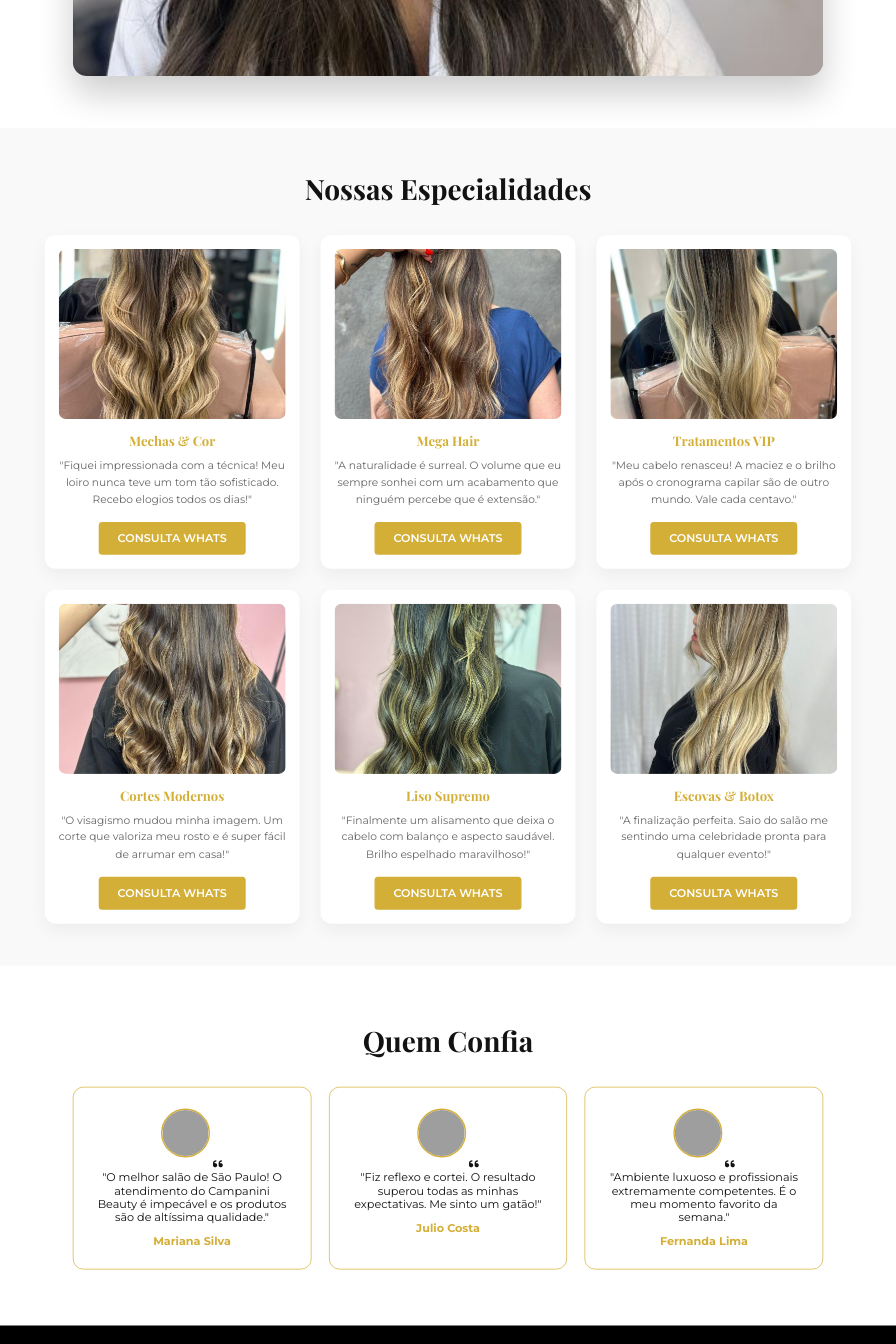
Repository: Sandro1969-tech/campanini-beauty
Page: index.html
These files come from the project's save history. The page is drawn as it stood at one moment and after the next save; the edit follows.
The browser window is 1280 px wide. The pictures show the part of the page from y = 761 to 2681 px (the page is 3157 px tall before and 3153 px after), at 70% of full size.
Pictures or frames that could not be fetched are drawn as grey boxes. Some web fonts or font styles are not loaded; a fallback is used.

Above is the page before, as saved 2026-02-17 12:25:06.

### index.html
<!DOCTYPE html>
<html lang="pt-br">
<head>
    <meta charset="UTF-8">
    <meta name="viewport" content="width=device-width, initial-scale=1.0">
    <title>Campanini Beauty | Transformação e Brilho</title>
    <link rel="icon" href="assets/image/favicon.png" type="image/png">

    <link href="https://fonts.googleapis.com/css2?family=Montserrat:wght@300;400;600;700&family=Playfair+Display:ital,wght@0,700;1,700&display=swap" rel="stylesheet">
    <link rel="stylesheet" href="https://cdnjs.cloudflare.com/ajax/libs/font-awesome/6.0.0/css/all.min.css">

    <style>
        :root {
            --primary: #d4af37; /* Dourado */
            --dark: #121212;
            --light: #ffffff;
            --gray-bg: #f9f9f9;
            --text-muted: #666;
            --transition: 0.4s cubic-bezier(0.4, 0, 0.2, 1);
        }

        .dark-mode {
            --light: #121212;
            --dark: #ffffff;
            --gray-bg: #1e1e1e;
            --text-muted: #aaa;
        }

        * { margin: 0; padding: 0; box-sizing: border-box; font-family: 'Montserrat', sans-serif; }
        body { background-color: var(--light); color: var(--dark); transition: background var(--transition), color var(--transition); overflow-x: hidden; }

        /* --- Header --- */
        header {
            padding: 15px 5%;
            display: flex;
            justify-content: space-between;
            align-items: center;
            position: sticky;
            top: 0;
            background: var(--light);
            z-index: 1000;
            box-shadow: 0 4px 20px rgba(0,0,0,0.08);
        }

        .logo img { height: 50px; transition: transform 0.3s; }
        .logo img:hover { transform: scale(1.05); }

        .theme-toggle {
            cursor: pointer;
            font-size: 1.4rem;
            color: var(--primary);
            background: var(--gray-bg);
            padding: 10px;
            border-radius: 50%;
            width: 45px;
            height: 45px;
            display: flex;
            align-items: center;
            justify-content: center;
        }

        /* --- Hero Section --- */
        .hero {
            text-align: center;
            padding: 40px 5%;
            max-width: 1200px;
            margin: 0 auto;
        }

        .pulsing-title {
            font-family: 'Playfair Display', serif;
            font-size: clamp(2.5rem, 8vw, 4.5rem);
            margin-bottom: 20px;
            color: var(--primary);
            animation: pulse 2.5s infinite ease-in-out;
            text-transform: uppercase;
            letter-spacing: 2px;
        }
/* CORREÇÃO AQUI: Imagem principal sem altura fixa para não cortar */
    .main-img {
        width: 100%;
        min-height: 400px;
        height: auto; /* Deixa a foto na proporção real */
        max-height: 80vh; /* Impede que fique minigigante em telas enormes */
        object-fit: cover;
        object-position: center; /* Garante que a foto apareça inteira */
        border-radius: 20px;
        margin: 30px 0;
        display: ;
        box-shadow: 0 25px 50px rgba(0,0,0,0.2);
    }

    /* --- Services Grid (Ajuste da Qualidade) --- */
    .services-container { padding: 60px 5%; background: var(--gray-bg); }
    .section-title { text-align: center; font-family: 'Playfair Display', serif; font-size: 2.5rem; margin-bottom: 40px; }

    .services-grid {
        display: grid;
        grid-template-columns: repeat(auto-fit, minmax(300px, 1fr));
        gap: 30px;
        max-width: 1200px;
        margin: 0 auto;
    }

    .service-card {
        background: var(--light);
        padding: 20px;
        border-radius: 15px;
        text-align: center;
        transition: transform var(--transition);
        box-shadow: 0 10px 25px rgba(0,0,0,0.05);
    }

    .service-card:hover { transform: translateY(-10px); }

    /* CORREÇÃO AQUI: Imagens das colunas com proporção preservada */
    .service-card img {
        width: 100%;
        aspect-ratio: 4 / 3; /* Define uma proporção elegante (ajuste para 1/1 se preferir quadradas) */
        object-fit: cover; /* Preenche o espaço sem esticar */
        border-radius: 10px;
        margin-bottom: 15px;
        image-rendering: auto; /* Garante a melhor qualidade do navegador */
    }

    .service-card h3 { font-family: 'Playfair Display', serif; color: var(--primary); margin-bottom: 10px; }
    .service-card p { font-size: 0.95rem; color: var(--text-muted); line-height: 1.6; margin-bottom: 20px; }

    /* --- Botões Hover --- */
    .btn-ws {
        display: inline-block;
        padding: 12px 25px;
        background-color: var(--primary);
        color: white;
        text-decoration: none;
        border-radius: 5px;
        font-weight: 600;
        border: 2px solid var(--primary);
        transition: 0.3s;
    }

    .btn-ws:hover {
        background-color: transparent;
        color: var(--primary);
        transform: scale(1.05);
    }

    /* Resto do CSS (Depoimentos, Rodapé, Whats) mantidos para responsividade */
    .testimonials { padding: 80px 5%; text-align: center; max-width: 1200px; margin: 0 auto; }
    .testimonial-grid { display: grid; grid-template-columns: repeat(auto-fit, minmax(250px, 1fr)); gap: 25px; margin-top: 40px; }
    .testi-card { padding: 30px; border: 1px solid var(--primary); border-radius: 15px; }
    .testi-img { width: 70px; height: 70px; border-radius: 50%; object-fit: cover; border: 2px solid var(--primary); margin-bottom: 15px; }

    footer { background: #000; color: #fff; padding: 50px 5% 20px; text-align: center; }
    .map-container { margin: 30px auto; max-width: 900px; height: 300px; border-radius: 15px; overflow: hidden; }

    .whatsapp-float {
        position: fixed; bottom: 30px; right: 30px;
        background-color: #25d366; color: #FFF;
        border-radius: 50%; width: 60px; height: 60px;
        display: flex; align-items: center; justify-content: center;
        font-size: 30px; z-index: 2000; box-shadow: 0 4px 15px rgba(0,0,0,0.3);
        animation: bounce 2s infinite;
    }

    @keyframes pulse {
        0%, 100% { transform: scale(1); }
        50% { transform: scale(1.05); text-shadow: 0 0 20px rgba(212, 175, 55, 0.5); }
    }
    @keyframes bounce {
        0%, 20%, 50%, 80%, 100% {transform: translateY(0);}
        40% {transform: translateY(-10px);}
    }

    @media (max-width: 768px) {
        .pulsing-title { font-size: 2rem; }
        .main-img { max-height: 50vh; }
    }
</style>    </style>
</head>
<body>

    <header>
        <div class="logo">
            <img src="assets/image/Logo-campanini.png" alt="Campanini Beauty">
        </div>
        <div class="theme-toggle" onclick="toggleTheme()" title="Trocar modo">
            <i class="fas fa-moon" id="theme-icon"></i>
        </div>
    </header>

    <section class="hero">
        <h1 class="pulsing-title">Campanini Beauty</h1>
        <p style="font-size: 1.2rem; font-weight: 300;">Onde a arte encontra a beleza capilar.</p>
        <img src="assets/image/principal.jpg" alt="Destaque Campanini" class="main-img">
    </section>

    <div class="services-container">
        <h2 class="section-title">Nossas Especialidades</h2>
        <div class="services-grid">
            <div class="service-card">
                <img src="assets/image/imagem1.jpg" alt="Mechas">
                <h3>Mechas & Cor</h3>
                <p>"Fiquei impressionada com a técnica! Meu loiro nunca teve um tom tão sofisticado. Recebo elogios todos os dias!"</p>
                <a href="https://wa.me/5511999999999" class="btn-ws">CONSULTA WHATS</a>
            </div>
            <div class="service-card">
                <img src="assets/image/imagem2.jpg" alt="Mega Hair">
                <h3>Mega Hair</h3>
                <p>"A naturalidade é surreal. O volume que eu sempre sonhei com um acabamento que ninguém percebe que é extensão."</p>
                <a href="https://wa.me/5511999999999" class="btn-ws">CONSULTA WHATS</a>
            </div>
            <div class="service-card">
                <img src="assets/image/imagem3.jpg" alt="Tratamentos">
                <h3>Tratamentos VIP</h3>
                <p>"Meu cabelo renasceu! A maciez e o brilho após o cronograma capilar são de outro mundo. Vale cada centavo."</p>
                <a href="https://wa.me/5511999999999" class="btn-ws">CONSULTA WHATS</a>
            </div>
            <div class="service-card">
                <img src="assets/image/imagem4.jpg" alt="Cortes">
                <h3>Cortes Modernos</h3>
                <p>"O visagismo mudou minha imagem. Um corte que valoriza meu rosto e é super fácil de arrumar em casa!"</p>
                <a href="https://wa.me/5511999999999" class="btn-ws">CONSULTA WHATS</a>
            </div>
            <div class="service-card">
                <img src="assets/image/imagem5.jpg" alt="Alisamentos">
                <h3>Liso Supremo</h3>
                <p>"Finalmente um alisamento que deixa o cabelo com balanço e aspecto saudável. Brilho espelhado maravilhoso!"</p>
                <a href="https://wa.me/5511999999999" class="btn-ws">CONSULTA WHATS</a>
            </div>
            <div class="service-card">
                <img src="assets/image/imagem6.jpg" alt="Escovas">
                <h3>Escovas & Botox</h3>
                <p>"A finalização perfeita. Saio do salão me sentindo uma celebridade pronta para qualquer evento!"</p>
                <a href="https://wa.me/5511999999999" class="btn-ws">CONSULTA WHATS</a>
            </div>
        </div>
    </div>

    <section class="testimonials">
        <h2 class="section-title">Quem Confia</h2>
        <div class="testimonial-grid">
            <div class="testi-card">
                <img src="https://i.pravatar.cc/150?u=1" alt="Cliente 1" class="testi-img">
                <i class="fas fa-quote-left"></i>
                <p>"O melhor salão de São Paulo! O atendimento do Campanini Beauty é impecável e os produtos são de altíssima qualidade."</p>
                <h4 style="margin-top:15px; color: var(--primary);">Mariana Silva</h4>
            </div>
            <div class="testi-card">
                <img src="https://i.pravatar.cc/150?u=2" alt="Cliente 2" class="testi-img">
                <i class="fas fa-quote-left"></i>
                <p>"Fiz reflexo e cortei. O resultado superou todas as minhas expectativas. Me sinto um gatão!"</p>
                <h4 style="margin-top:15px; color: var(--primary);">Julio Costa</h4>
            </div>
            <div class="testi-card">
                <img src="https://i.pravatar.cc/150?u=3" alt="Cliente 3" class="testi-img">
                <i class="fas fa-quote-left"></i>
                <p>"Ambiente luxuoso e profissionais extremamente competentes. É o meu momento favorito da semana."</p>
                <h4 style="margin-top:15px; color: var(--primary);">Fernanda Lima</h4>
            </div>
        </div>
    </section>

    <footer>
        <div class="social-links">
            <a href="https://instagram.com/campaninibeauty" target="_blank"><i class="fab fa-instagram"></i></a>
        </div>
        <p><i class="fas fa-map-marker-alt" style="color:var(--primary)"></i> Rua soldado João Oliveira, 421<br>Bairro Chácara Inglesa, São Paulo</p>

        <div class="map-container">
            <iframe src="https://www.google.com/maps/embed?pb=!1m18!1m12!1m3!1d3655.8828987317785!2d-46.6384288!3d-23.6085188!2m3!1f0!2f0!3f0!3m2!1i1024!2i768!4f13.1!3m3!1m2!1s0x94ce5a3713606f7b%3A0xc07472064166297a!2sR.%20Soldado%20Jo%C3%A3o%20de%20Oliveira%2C%20421%20-%20Ch%C3%A1cara%20Inglesa%2C%20S%C3%A3o%20Paulo%20-%20SP%2C%2004139-011!5e0!3m2!1spt-BR!2sbr!4v1700000000000" width="100%" height="100%" style="border:0;" allowfullscreen="" loading="lazy"></iframe>
        </div>
        <p style="font-size: 0.8rem; opacity: 0.6;">© 2024 Campanini Beauty. Criado com elegância.</p>
    </footer>

    <a href="https://wa.me/5511999999999" class="whatsapp-float" target="_blank">
        <i class="fab fa-whatsapp"></i>
    </a>

    <script>
        function toggleTheme() {
            const body = document.body;
            const icon = document.getElementById('theme-icon');
            body.classList.toggle('dark-mode');

            if (body.classList.contains('dark-mode')) {
                icon.classList.replace('fa-moon', 'fa-sun');
            } else {
                icon.classList.replace('fa-sun', 'fa-moon');
            }
        }
    </script>
</body>
</html>

After the next save:
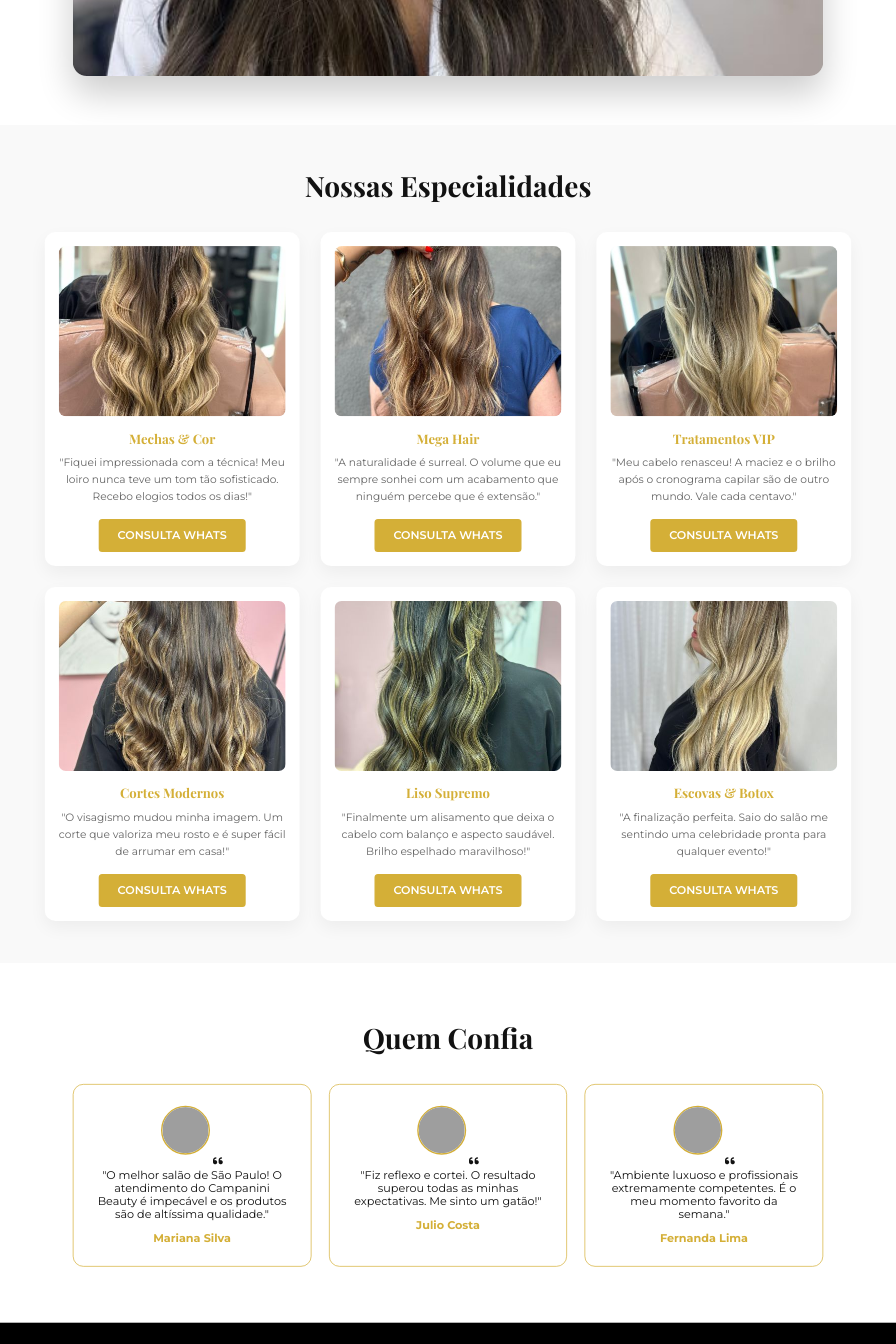
Saved 4 s later.
--- a/index.html
+++ b/index.html
@@ -86,7 +86,7 @@
         object-position: center; /* Garante que a foto apareça inteira */
         border-radius: 20px;
         margin: 30px 0;
-        display: ;
+        display: block;
         box-shadow: 0 25px 50px rgba(0,0,0,0.2);
     }
 
